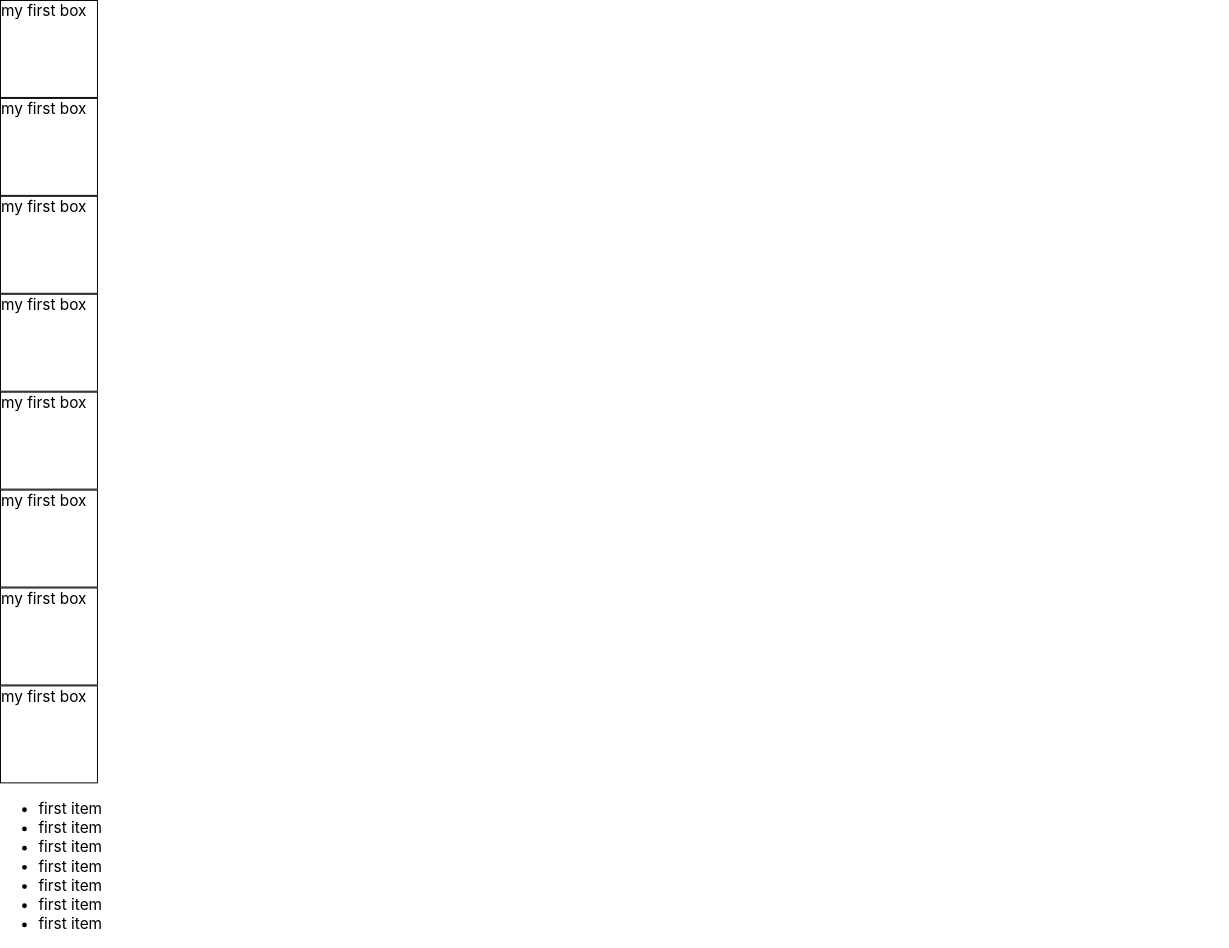
Repository: tts2610/React-Intro
Page: /
An editor plug-in stored every save of this project. The page is shown before and after the next save, followed by the edit.
The browser window is 1280 px wide. The pictures show the whole page, at 96% of full size.
The project was rebuilt for these pictures with package versions that can differ from the ones it lists, and the page was loaded fresh each time.

Above is the page before, as saved 2020-05-25 11:30:22.

### src/App.js
import React from 'react';
import './App.css';
import Box from './components/Box';
import List from './components/List';

function App() {
  return (
    <div>
      <Box name="first"/>
      <Box name="second"/>
      <Box name="third"/>
      <Box/>
      <Box/>
      <Box/>
      <Box/>
      <Box/>

      <ul>
        <List/>
        <List/>
        <List/>
        <List/>
        <List/>
        <List/>
        <List/>
      </ul>
    </div>
  );
}

export default App;

### src/App.css
.App {
    text-align: center;
}

.App-logo {
    height: 40vmin;
    pointer-events: none;
}

@media (prefers-reduced-motion: no-preference) {
    .App-logo {
        animation: App-logo-spin infinite 20s linear;
    }
}

.App-header {
    background-color: #282c34;
    min-height: 100vh;
    display: flex;
    flex-direction: column;
    align-items: center;
    justify-content: center;
    font-size: calc(10px + 2vmin);
    color: white;
}

.App-link {
    color: #61dafb;
}

@keyframes App-logo-spin {
    from {
        transform: rotate(0deg);
    }
    to {
        transform: rotate(360deg);
    }
}

.box {
    width: 100px;
    height: 100px;
    border: 1px solid;
}

### src/components/Box.js
import React from 'react'

export default function Box() {
    return (
        <div className="box">
            my first box
        </div>
    )
}

### src/components/List.js
import React from 'react'

export default function List() {
    return (

            <li>
                first item
            </li>


    )
}

Loaded but not shown: public/index.html (common file); src/index.js (common file); src/index.css (common file); src/serviceWorker.js (common file)

After the next save:
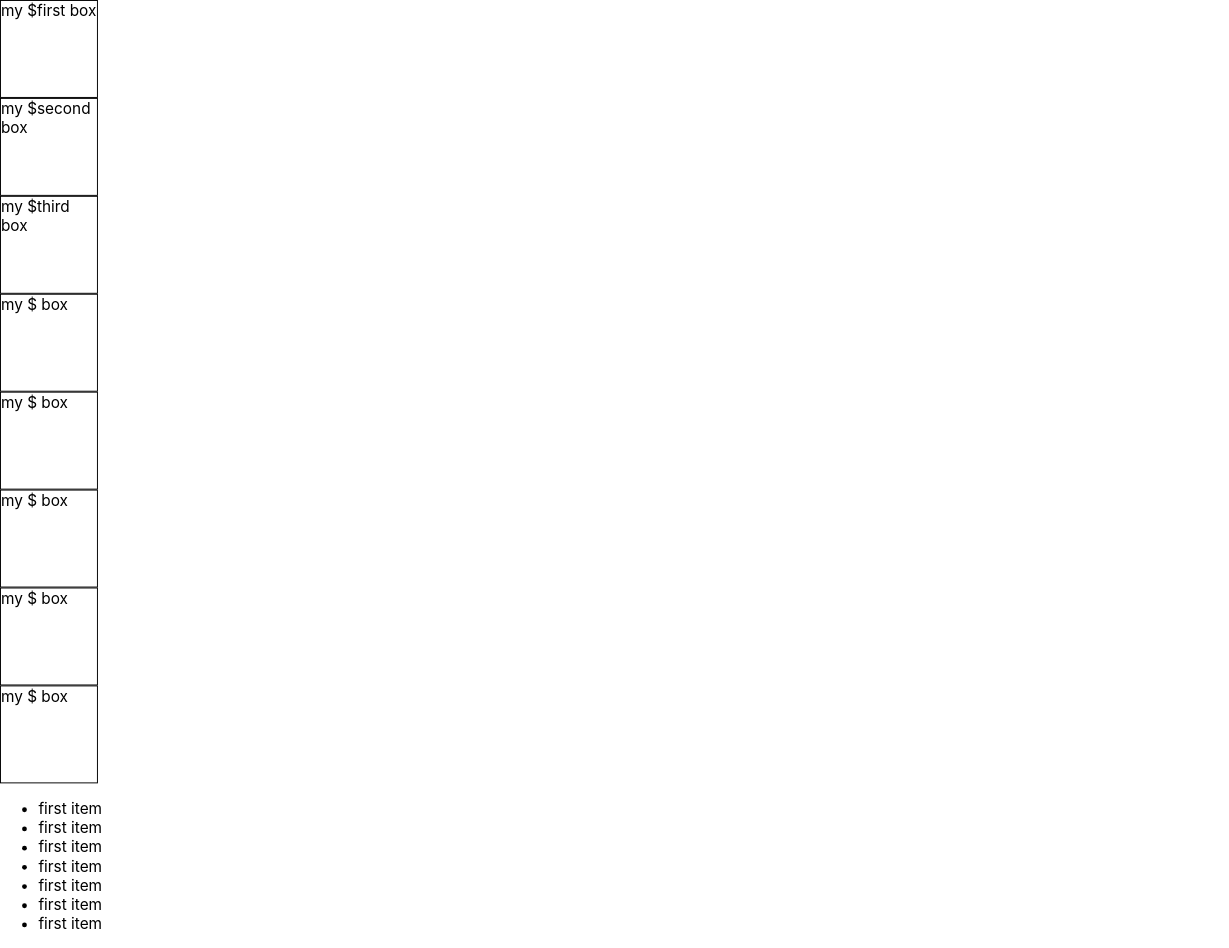
Saved 35 s later.
--- a/src/components/Box.js
+++ b/src/components/Box.js
@@ -1,9 +1,9 @@
 import React from 'react'
 
-export default function Box() {
+export default function Box(props) {
     return (
         <div className="box">
-            my first box
+            my ${props.name} box
         </div>
     )
 }
